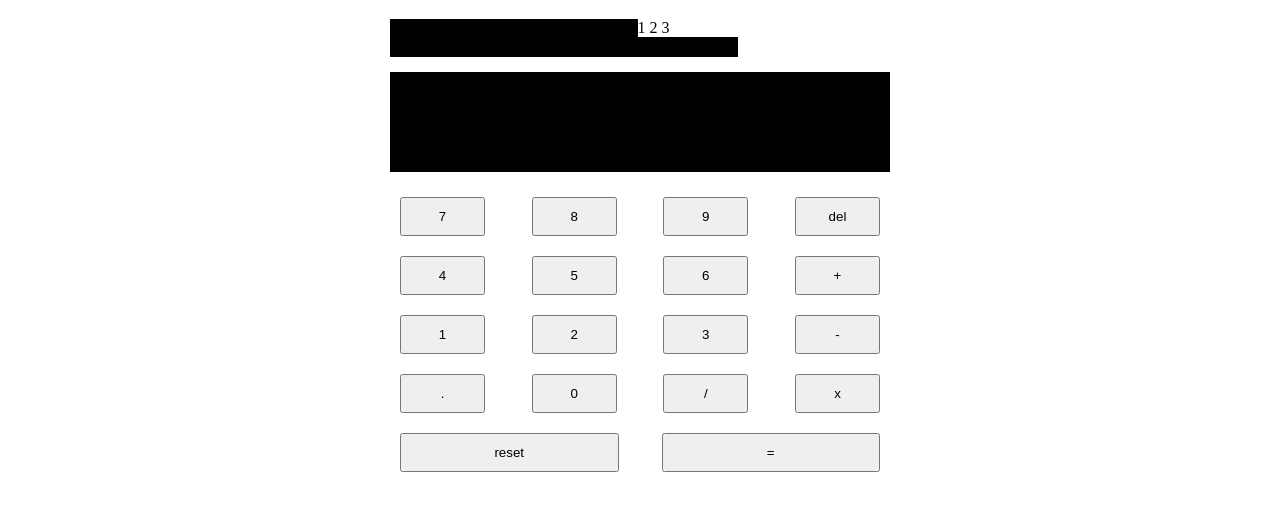
Repository: Eugene44-hub/basic-calculator
Page: index.html
The author's editor kept a copy of each file at every save. The page is drawn from the files as they stood at one save, then again after the next save.
The browser window is 1280 px wide. The pictures show the whole page.

Above is the page before, as saved 2021-10-01 14:37:43.
Console error: SyntaxError: Unexpected end of input

### index.html
<!DOCTYPE html>
<html lang="en">

<head>
    <link rel="stylesheet" href="style.css">
    <meta charset="UTF-8">
    <meta http-equiv="X-UA-Compatible" content="IE=edge">
    <meta name="viewport" content="width=device-width, initial-scale=1.0">
    <title>Document</title>
</head>

<body>
    <div class="cal-container">

        <div class="theme">
            <div class="header">calc</div>
            <div class="theme-number">
                <div class="number-toggle">
                    <span id="one">1</span>
                    <span id="two">2</span>
                    <span id="three">3</span>
                    <div class="toggle"></div>
                </div>

            </div>
        </div>
        <div class="output">

        </div>
        <div class="buttons">
            <button id="number-button">7</button>
            <button id="number-button">8</button>
            <button id="number-button">9</button>
            <button id="del-button">del</button>
            <button id="number-button">4</button>
            <button id="number-button">5</button>
            <button id="number-button">6</button>
            <button id="addition-button">+</button>
            <button id="number-button">1</button>
            <button id="number-button">2</button>
            <button id="number-button">3</button>
            <button id="minus-button">-</button>
            <button id="dot-button">.</button>
            <button id="number-button">0</button>
            <button id="division-button">/</button>
            <button id="multiply-button">x</button>
            <button id="reset-button">reset</button>
            <button id="equals-button">=</button>
        </div>
    </div>

    <script src="app.js"></script>
</body>

</html>

### style.css
* {
    padding: 0;
    margin: 0;
    box-sizing: border-box;
}

body {
    display: flex;
    height: 500px;
}

.theme {
    display: flex;
}

.toggle {
    background-color: black;
    height: 20px;
    width: 100px;
}

.header {
    flex: 1;
    background-color: black;
}

.theme-number {
    flex: 1%;
}

.cal-container {
    margin: auto;
    width: 500px;
}

.buttons {
    display: flex;
    flex-wrap: wrap;
    justify-content: space-between;
}

button {
    flex-basis: 17%;
    padding: 10px;
    margin: 10px;
}

#reset-button,
#equals-button {
    flex-basis: 43.7%
}

.output {
    height: 100px;
    background-color: black;
    margin: 15px 0
}

Loaded but not shown: app.js (common file)

After the next save:
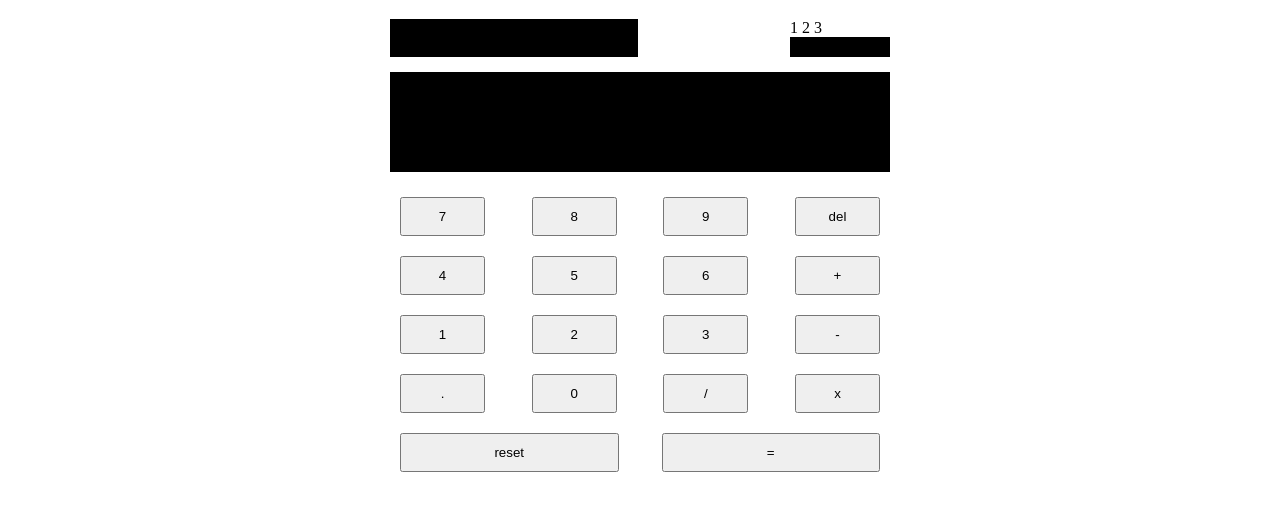
Saved 17 s later.
--- a/style.css
+++ b/style.css
@@ -28,6 +28,10 @@ body {
     flex: 1%;
 }
 
+.number-toggle {
+    float: right;
+}
+
 .cal-container {
     margin: auto;
     width: 500px;
